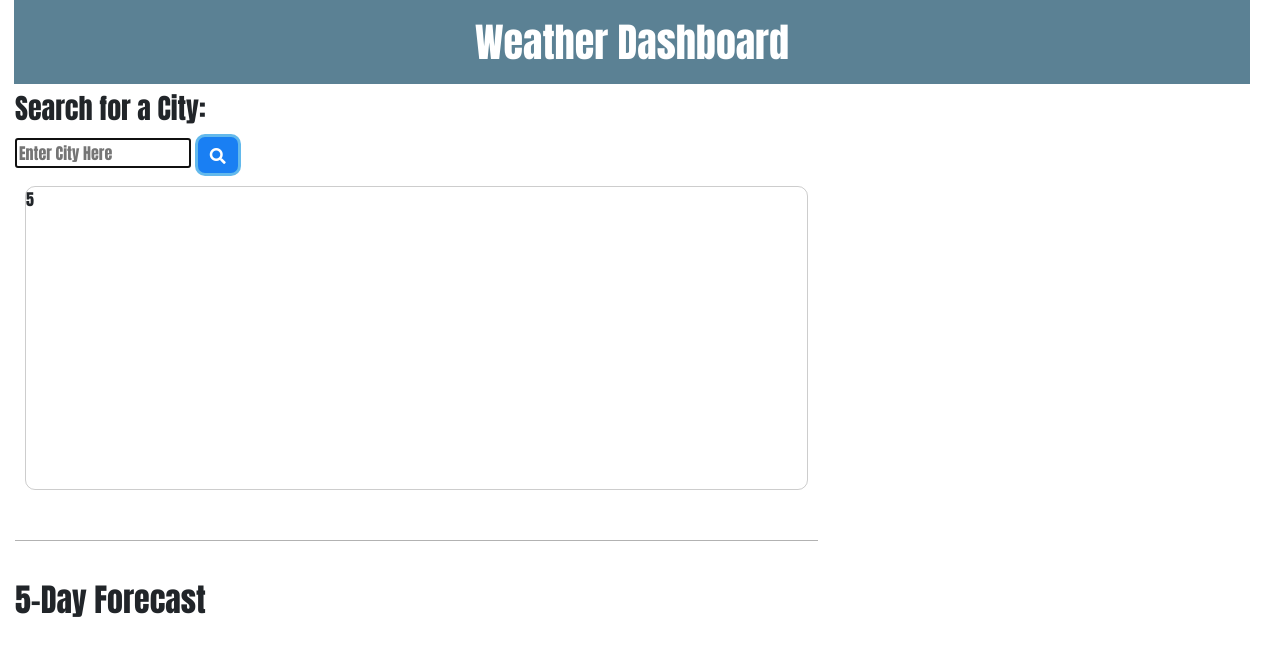
Repository: KHudaKoz/Weather-dashboard
Page: index.html
These files come from the project's save history. The page is drawn as it stood at one moment and after the next save; the edit follows.
The browser window is 1280 px wide. The pictures show the whole page.
Some web libraries are served in a nearby version.

Above is the page before, as saved 2021-01-29 18:51:24.

After the next save:
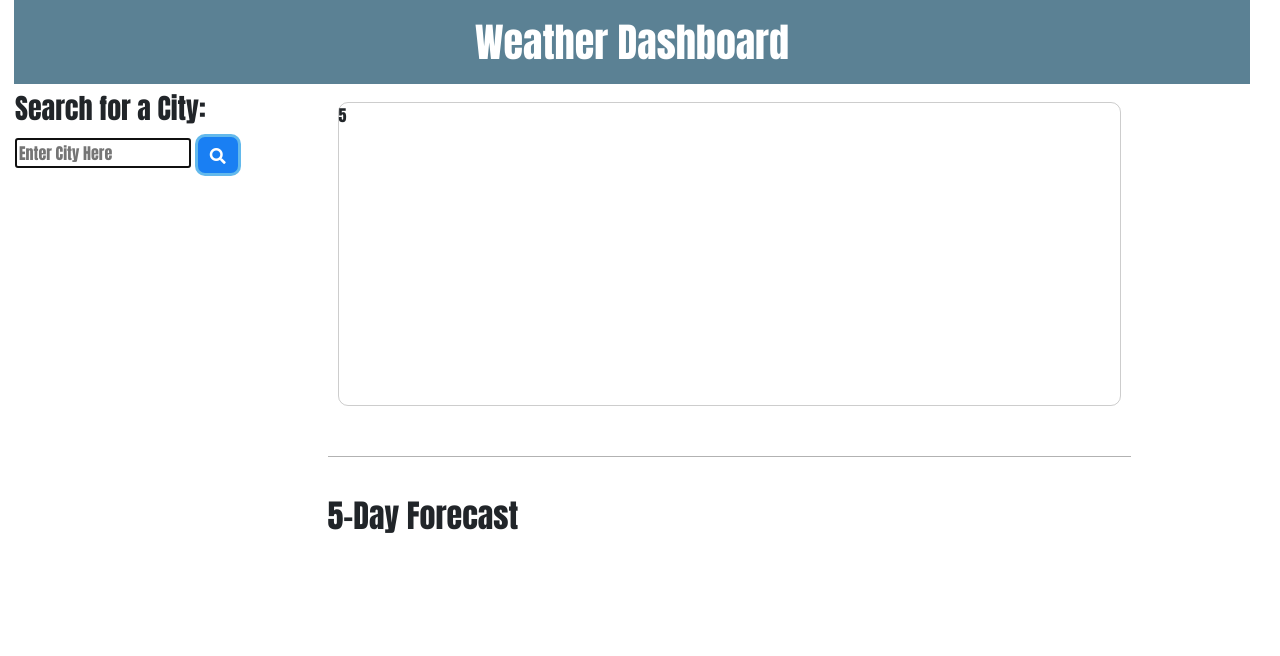
Saved 58 s later.
--- a/index.html
+++ b/index.html
@@ -24,7 +24,7 @@
 
     <main class="container">
         <div class="row">
-            <div class="col col-md-12">
+            <div class="col col-md-3">
                 <div class="card">
                     <h3 class="search-header">Search for a City:</h3>
                     <div id="search-form" class="search">
